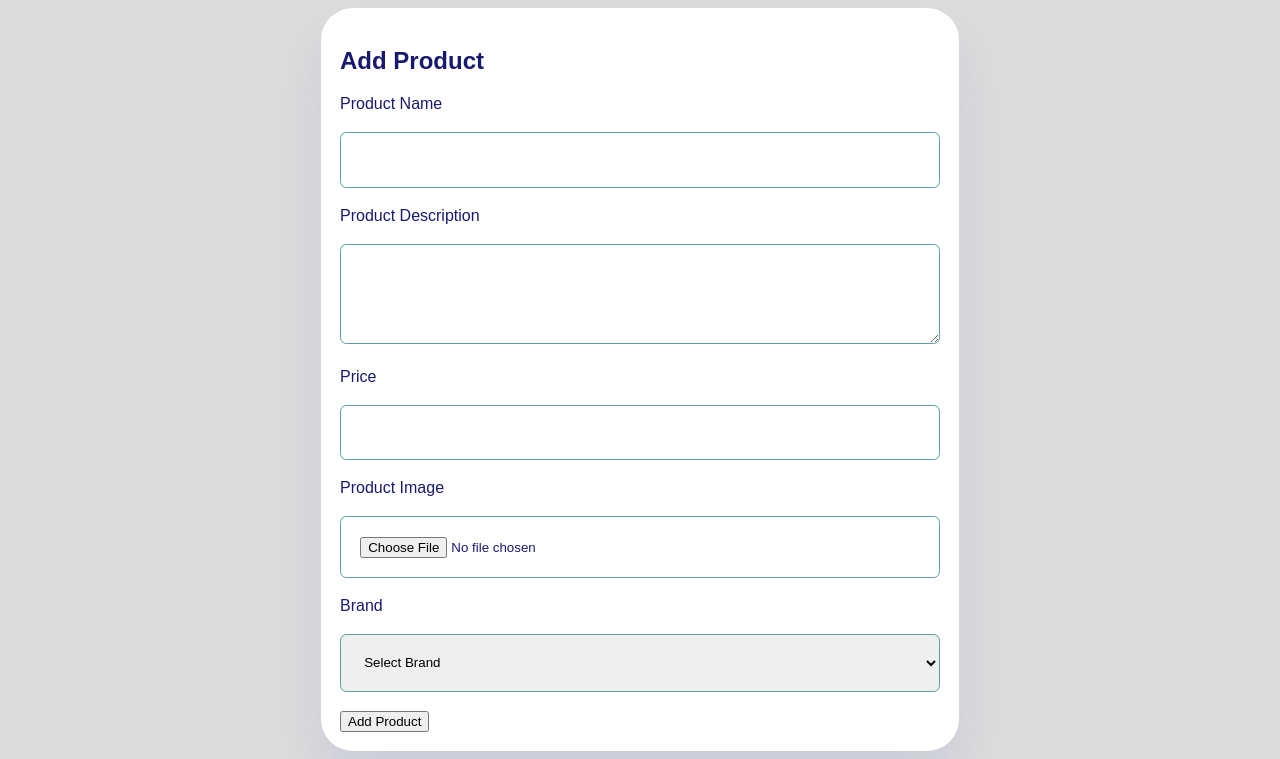
Repository: kritikakittu06/Ecommerce
Page: http://localhost/PixlePrinter/pages/AddProducts.jsp
The author's editor kept a copy of each file at every save. The page is drawn from the files as they stood at one save, then again after the next save.
The browser window is 1280 px wide. The pictures show the whole page.
The page is served by Tomcat 9. Nobody is signed in. The application's start-up code is not run. Other server files are loaded and not shown.

Above is the page before, as saved 2024-04-20 09:35:13.

### PixlePrinter/src/main/webapp/pages/AddProducts.jsp
<%@ page language="java" contentType="text/html; charset=UTF-8"
    pageEncoding="UTF-8"%>
<%@ page import="java.util.List" %>
<!DOCTYPE html>
<html lang="en">
<head>
  <meta charset="UTF-8">
  <meta name="viewport" content="width=device-width, initial-scale=1.0">
  <title>Add Product</title>
  <style>
    :root {
      --color-primary: cornflowerblue; /* #7380ec */
      --color-danger: coral; /* #ff7782 */
      --color-success: mediumspringgreen; /* #41f1b6 */
      --color-warning: sandybrown; /* #ffbb55 */
      --color-white: white; /* #fff */
      --color-info-dark: cadetblue; /* #7d8da1 */
      --color-info-light: lavender; /* #dce1eb */
      --color-dark: midnightblue; /* #363949 */
      --color-light: rgba(132, 139, 200, 0.18); /* rgba(132,139,200,0.18) */
      --color-primary-variant: midnightblue; /* #111e88 */
      --color-dark-variant: slategray; /* #677483 */
      --color-background: gainsboro; /* #f6f6f9 */

      --card-border-radius: 32px; /* 2rem = 2 * 16px */
      --border-radius-1: 6.4px; /* 0.4rem = 0.4 * 16px */
      --border-radius-2: 19.2px; /* 1.2rem = 1.2 * 16px */

      --card-padding: 28.8px; /* 1.8rem = 1.8 * 16px */
      --padding-1: 19.2px; /* 1.2rem = 1.2 * 16px */

      --box-shadow: 0 32px 48px var(--color-light); /* 2rem = 2 * 16px, 3rem = 3 * 16px */
    }

    body {
      background-color: var(--color-background);
      color: var(--color-dark);
      font-family: Arial, sans-serif;
    }

    .container {
      max-width: 600px;
      margin: 0 auto;
      padding: var(--padding-1);
      background-color: var(--color-white);
      border-radius: var(--card-border-radius);
      box-shadow: var(--box-shadow);
    }

    .form-group {
      margin-bottom: var(--padding-1);
    }

    .form-group label {
      display: block;
      margin-bottom: var(--padding-1);
      color: var(--color-dark);
    }

    .form-group input,
    .form-group textarea,
    .form-group select {
      width: 100%;
      padding: var(--padding-1);
      border: 1px solid var(--color-info-dark);
      border-radius: var(--border-radius-1);
      box-sizing: border-box; /* Include padding in width calculation */
    }

    .form-group button {
      padding: var(--padding-1);
      border: none;
      border-radius: var(--border-radius-1);
      background-color: var(--color-primary);
      color: var(--color-white);
      cursor: pointer;
    }
  </style>
</head>
<body>
  <div class="container">
    <h2>Add Product</h2>
    <form action="${pageContext.request.contextPath}/AddProductServlet" method="POST" enctype="multipart/form-data">
      <div class="form-group">
        <label for="productName">Product Name</label>
        <input type="text" id="productName" name="productName" required>
      </div>
      <div class="form-group">
        <label for="productDescription">Product Description</label>
        <textarea id="productDescription" name="productDescription" rows="4" required></textarea>
      </div>
      <div class="form-group">
        <label for="productPrice">Price</label>
        <input type="text" id="productPrice" name="productPrice" required>
      </div>
      <div class="form-group">
        <label for="productImage">Product Image</label>
        <input type="file" id="productImage" name="productImage" accept="image/*" required>
      </div>
      <div class="form-group">
  <label for="brandId">Brand</label>
  <select id="brandId" name="brandId" required>
    <option value="" selected disabled>Select Brand</option>
  </select>
</div>
      <button type="submit">Add Product</button>
    </form>
  </div>
</body>
</html>

After the next save:
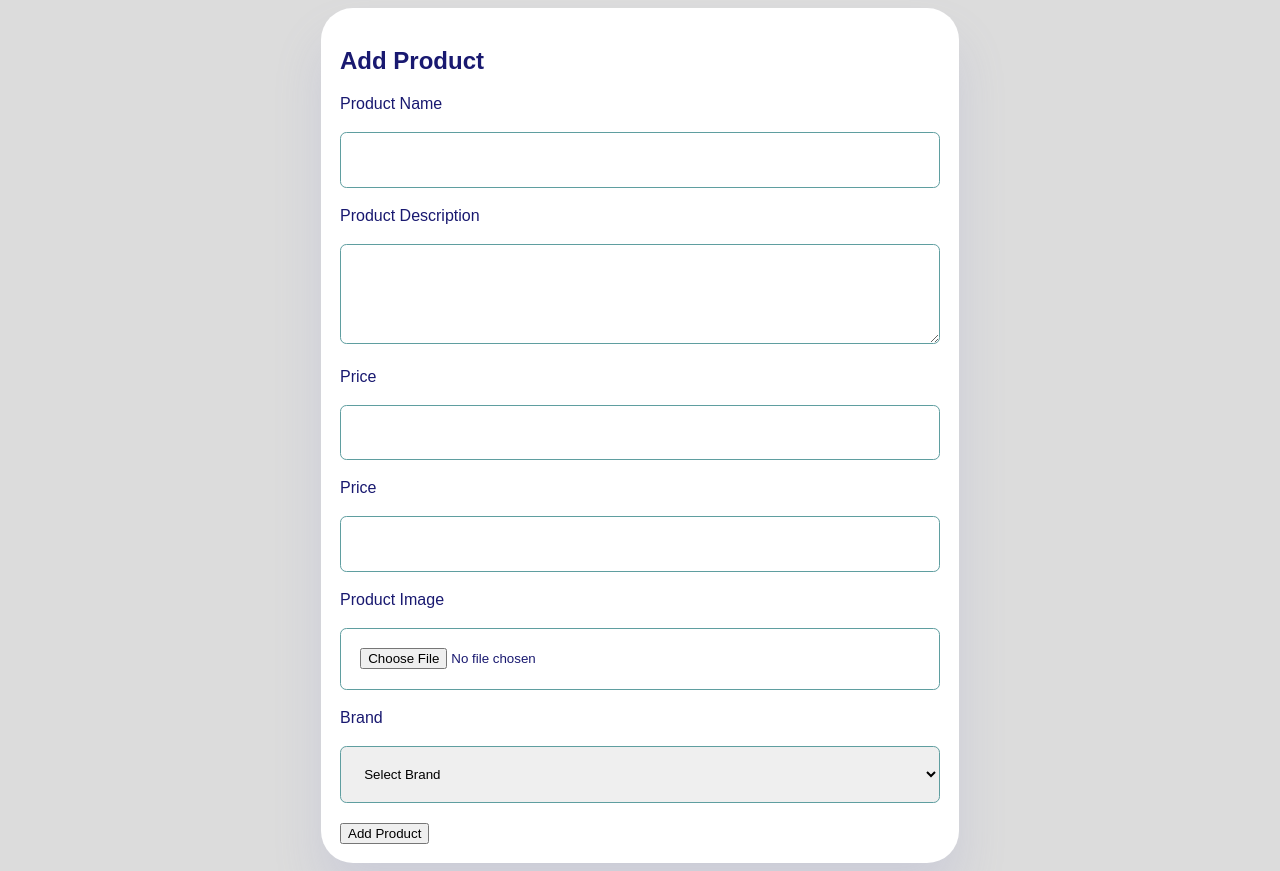
Saved 2 min 4 s later.
--- a/PixlePrinter/src/main/webapp/pages/AddProducts.jsp
+++ b/PixlePrinter/src/main/webapp/pages/AddProducts.jsp
@@ -93,6 +93,10 @@
         <label for="productPrice">Price</label>
         <input type="text" id="productPrice" name="productPrice" required>
       </div>
+        <div class="form-group">
+        	<label for="productPrice">Price</label>
+        	<input type="text" id="productPrice" name="productPrice" required>
+      </div>
       <div class="form-group">
         <label for="productImage">Product Image</label>
         <input type="file" id="productImage" name="productImage" accept="image/*" required>
